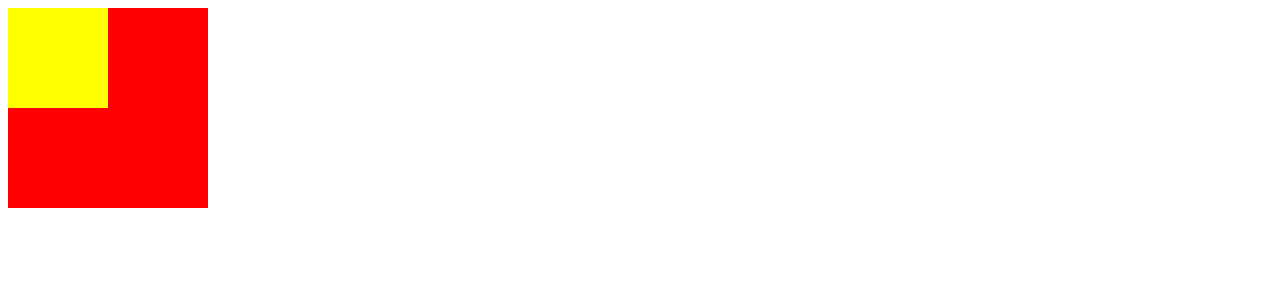
Repository: Qianfane/Blog
Page: CSS/居中测试/center.html
The author's editor kept a copy of each file at every save. The page is drawn from the files as they stood at one save, then again after the next save.
The browser window is 1280 px wide. The pictures show the whole page.

Above is the page before, as saved 2022-01-24 21:22:55.

### CSS/居中测试/center.html
<!DOCTYPE html>
<html lang="en">
<head>
    <meta charset="UTF-8">
    <meta http-equiv="X-UA-Compatible" content="IE=edge">
    <meta name="viewport" content="width=device-width, initial-scale=1.0">
    <title>定宽高</title>
    <style>
        .outer {
            width: 200px;
            height: 200px;
            background-color: red;

            position: relative;
        }
        .inner {
            width: 100px;
            height: 100px;
            background-color: yellow;

            position: absolute;
            top: - 50px
            left: ;

        }
    </style>
</head>
<body>
    <div class="outer">
        <div class="inner"></div>
    </div>
</body>
</html>

After the next save:
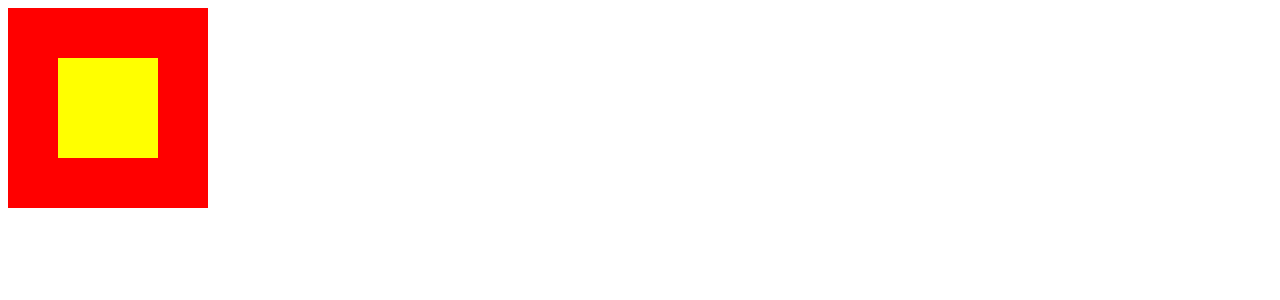
Saved 4 s later.
--- a/CSS/居中测试/center.html
+++ b/CSS/居中测试/center.html
@@ -19,8 +19,8 @@
             background-color: yellow;
 
             position: absolute;
-            top: - 50px
-            left: ;
+            top: calc(50% - 50px);
+            left: calc(50% - 50px);
 
         }
     </style>
